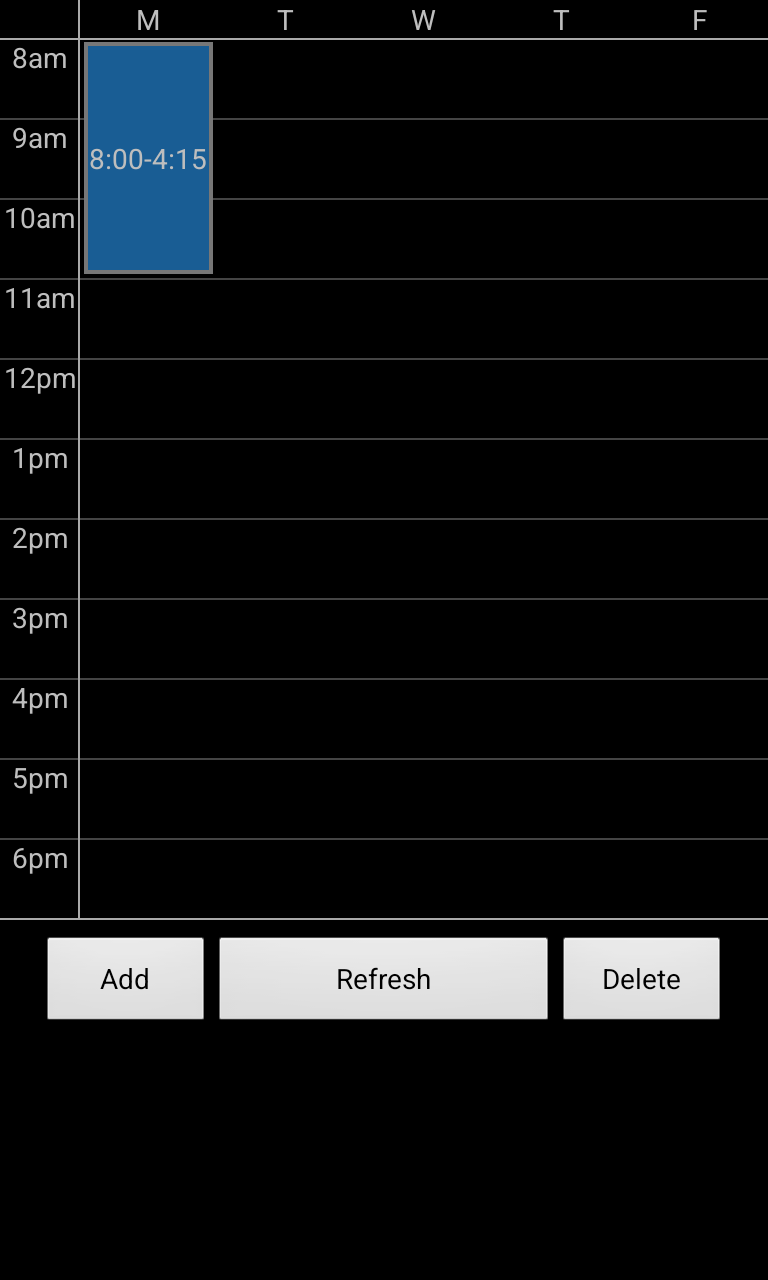
Repository: appsfactory/OfficeHours
Layout: OfficeHoursClient/res/layout/activity_schedule_view.xml
These files come from the project's save history. The layout is drawn as it stood at one moment and after the next save; the edit follows.
It is drawn on a 768 x 1280 px phone screen (xhdpi) without system bars, with theme AppTheme; the app's code is not run.

Above is the layout before, as saved 2012-09-27 18:04:59.

### OfficeHoursClient/res/layout/activity_schedule_view.xml
<?xml version="1.0" encoding="utf-8"?>
<LinearLayout xmlns:android="http://schemas.android.com/apk/res/android"
    android:layout_width="fill_parent"
    android:layout_height="wrap_content"
    android:orientation="vertical" >


    <RelativeLayout
        android:id="@+id/relativeLayout1"
        android:layout_width="match_parent"
        android:layout_height="wrap_content" >

        <TextView android:background="#aaa" android:layout_width = "1dp" android:layout_height="wrap_content" android:layout_marginTop="0dp" android:layout_marginLeft="39dp" android:text=" "/>

		<!-- HEADERS -->
        <LinearLayout
            android:id="@+id/linearLayout1"
            android:layout_width="wrap_content"
            android:layout_height="wrap_content"
            android:layout_alignParentLeft="true"
            android:layout_alignParentRight="true"
            android:layout_alignParentTop="true" >

            <TextView
                android:id="@+id/mon_header"
                android:layout_width="0dp"
                android:layout_height="wrap_content"
                android:layout_marginLeft="40dp"
                android:layout_weight="2"
                android:gravity="center"
                android:text="M" />

            <TextView
                android:id="@+id/tue_header"
                android:layout_width="0dp"
                android:layout_height="wrap_content"
                android:layout_weight="2"
                android:gravity="center"
                android:text="T" />

            <TextView
                android:id="@+id/wed_header"
                android:layout_width="0dp"
                android:layout_height="wrap_content"
                android:layout_weight="2"
                android:gravity="center"
                android:text="W" />

            <TextView
                android:id="@+id/thu_header"
                android:layout_width="0dp"
                android:layout_height="wrap_content"
                android:layout_weight="2"
                android:gravity="center"
                android:text="T" />

            <TextView
                android:id="@+id/fri_header"
                android:layout_width="0dp"
                android:layout_height="wrap_content"
                android:layout_weight="2"
                android:gravity="center"
                android:text="F" />
        </LinearLayout>
    </RelativeLayout>

    <ScrollView
        android:id="@+id/scrollView1"
        android:layout_width="match_parent"
        android:layout_height="wrap_content"
        android:padding="0dp"
        android:scrollbars="none" >"

		<!--  GRID/BORDERS -->
        <RelativeLayout
            android:id="@+id/relativeLayout242"
            android:layout_width="match_parent"
            android:layout_height="wrap_content"
            android:padding="0dp" >



            <View android:background="#aaa" android:layout_width = "fill_parent" android:layout_height="1dp" android:layout_marginTop="0dp" />
            <View android:background="#444" android:layout_width = "fill_parent" android:layout_height="1dp" android:layout_marginTop="40dp"/>
            <View android:background="#444" android:layout_width = "fill_parent" android:layout_height="1dp" android:layout_marginTop="80dp"/>
            <View android:background="#444" android:layout_width = "fill_parent" android:layout_height="1dp" android:layout_marginTop="120dp"/>
            <View android:background="#444" android:layout_width = "fill_parent" android:layout_height="1dp" android:layout_marginTop="160dp"/>
            <View android:background="#444" android:layout_width = "fill_parent" android:layout_height="1dp" android:layout_marginTop="200dp"/>
            <View android:background="#444" android:layout_width = "fill_parent" android:layout_height="1dp" android:layout_marginTop="240dp"/>
            <View android:background="#444" android:layout_width = "fill_parent" android:layout_height="1dp" android:layout_marginTop="280dp"/>
            <View android:background="#444" android:layout_width = "fill_parent" android:layout_height="1dp" android:layout_marginTop="320dp"/>
            <View android:background="#444" android:layout_width = "fill_parent" android:layout_height="1dp" android:layout_marginTop="360dp"/>
            <View android:background="#444" android:layout_width = "fill_parent" android:layout_height="1dp" android:layout_marginTop="400dp"/>
            <View android:background="#aaa" android:layout_width = "fill_parent" android:layout_height="1dp" android:layout_marginTop="440dp"/>
            <View android:background="#aaa" android:layout_width = "1dp" android:layout_height="441dp" android:layout_marginTop="0dp" android:layout_marginLeft="39dp"/>

<!--
            <View android:background="#777" android:layout_width = "fill_parent" android:layout_height="1dp" android:layout_marginTop="20dp"/>
            <View android:background="#777" android:layout_width = "fill_parent" android:layout_height="1dp" android:layout_marginTop="60dp"/>
            <View android:background="#777" android:layout_width = "fill_parent" android:layout_height="1dp" android:layout_marginTop="100dp"/>
            <View android:background="#777" android:layout_width = "fill_parent" android:layout_height="1dp" android:layout_marginTop="140dp"/>
            <View android:background="#777" android:layout_width = "fill_parent" android:layout_height="1dp" android:layout_marginTop="180dp"/>
            <View android:background="#777" android:layout_width = "fill_parent" android:layout_height="1dp" android:layout_marginTop="220dp"/>
            <View android:background="#777" android:layout_width = "fill_parent" android:layout_height="1dp" android:layout_marginTop="260dp"/>
            <View android:background="#777" android:layout_width = "fill_parent" android:layout_height="1dp" android:layout_marginTop="300dp"/>
            <View android:background="#777" android:layout_width = "fill_parent" android:layout_height="1dp" android:layout_marginTop="340dp"/>
            <View android:background="#777" android:layout_width = "fill_parent" android:layout_height="1dp" android:layout_marginTop="380dp"/>
            <View android:background="#777" android:layout_width = "fill_parent" android:layout_height="1dp" android:layout_marginTop="420dp"/> -->


            <LinearLayout
                android:id="@+id/linearLayout2"
                android:layout_width="match_parent"
                android:layout_height="wrap_content"
                android:padding="0dp" >

                <!-- SIDEBAR -->

                <RelativeLayout
                    android:id="@+id/sidebar"
                    android:layout_width="37dp"
                    android:layout_height="wrap_content"
                    android:layout_marginLeft="1.5dp"
                    android:layout_marginRight="1.5dp"
                    android:padding="0dp" >

                    <TextView
                        android:id="@+id/textView10"
                        android:layout_width="match_parent"
                        android:layout_height="wrap_content"
                        android:layout_marginTop="0dp"
                        android:gravity="center"
                        android:text="8am" />

                    <TextView
                        android:id="@+id/textView10"
                        android:layout_width="match_parent"
                        android:layout_height="wrap_content"
                        android:layout_marginTop="40dp"
                        android:gravity="center"
                        android:text="9am" />

                    <TextView
                        android:id="@+id/textView10"
                        android:layout_width="match_parent"
                        android:layout_height="wrap_content"
                        android:layout_marginTop="80dp"
                        android:gravity="center"
                        android:text="10am" />

                    <TextView
                        android:id="@+id/textView10"
                        android:layout_width="match_parent"
                        android:layout_height="wrap_content"
                        android:layout_marginTop="120dp"
                        android:gravity="center"
                        android:text="11am" />

                    <TextView
                        android:id="@+id/textView10"
                        android:layout_width="match_parent"
                        android:layout_height="wrap_content"
                        android:layout_marginTop="160dp"
                        android:gravity="center"
                        android:text="12pm" />

                    <TextView
                        android:id="@+id/textView10"
                        android:layout_width="match_parent"
                        android:layout_height="wrap_content"
                        android:layout_marginTop="200dp"
                        android:gravity="center"
                        android:text="1pm" />

                    <TextView
                        android:id="@+id/textView10"
                        android:layout_width="match_parent"
                        android:layout_height="wrap_content"
                        android:layout_marginTop="240dp"
                        android:gravity="center"
                        android:text="2pm" />

                    <TextView
                        android:id="@+id/textView10"
                        android:layout_width="match_parent"
                        android:layout_height="wrap_content"
                        android:layout_marginTop="280dp"
                        android:gravity="center"
                        android:text="3pm" />

                    <TextView
                        android:id="@+id/textView10"
                        android:layout_width="match_parent"
                        android:layout_height="wrap_content"
                        android:layout_marginTop="320dp"
                        android:gravity="center"
                        android:text="4pm" />

                    <TextView
                        android:id="@+id/textView10"
                        android:layout_width="match_parent"
                        android:layout_height="wrap_content"
                        android:layout_marginTop="360dp"
                        android:gravity="center"
                        android:text="5pm" />

                    <TextView
                        android:id="@+id/textView10"
                        android:layout_width="match_parent"
                        android:layout_height="wrap_content"
                        android:layout_marginTop="400dp"
                        android:gravity="center"
                        android:text="6pm" />
                </RelativeLayout>

                <RelativeLayout
                    android:id="@+id/relativeLayout3"
                    android:layout_width="0dp"
                    android:layout_height="match_parent"
                    android:layout_weight="14"
                    android:padding="0dp" >

                    <LinearLayout
                        android:id="@+id/linearLayout3"
                        android:layout_width="match_parent"
                        android:layout_height="wrap_content"
                        android:layout_alignParentLeft="true"
                        android:layout_alignParentRight="true"
                        android:layout_alignParentTop="true"
                        android:padding="0dp" >


                        <!-- COLUMNS -->
                        <RelativeLayout
                            android:id="@+id/moncolumn"
                            android:layout_width="0dp"
                            android:layout_height="match_parent"
                            android:layout_weight="1" >

							<View android:background="#777" android:layout_width = "fill_parent" android:layout_height="116dp" android:layout_margin="2dp" />

							<TextView
							    android:layout_width="fill_parent"
							    android:layout_height="112dp"
							    android:layout_margin="4dp"
							    android:background="#195D94"
							    android:gravity="center"
							    android:text='8:00-4:15' />

							<!-- <TextView
        android:id="@+id/login_subtitle"
        android:layout_width="wrap_content"
        android:layout_height="wrap_content"
        android:layout_below="@+id/login_title"
        android:layout_centerHorizontal="true"
        android:text="@string/login_subtitle"
        android:textAppearance="?android:attr/textAppearanceLarge" /> -->

                        </RelativeLayout>

                        <RelativeLayout
                            android:id="@+id/tuecolumn"
                            android:layout_width="0dp"
                            android:layout_height="match_parent"
                            android:layout_weight="1" >

                        </RelativeLayout>

                        <RelativeLayout
                            android:id="@+id/wedcolumn"
                            android:layout_width="0dp"
                            android:layout_height="match_parent"
                            android:layout_weight="1" >

                        </RelativeLayout>

                        <RelativeLayout
                            android:id="@+id/thucolumn"
                            android:layout_width="0dp"
                            android:layout_height="match_parent"
                            android:layout_weight="1" >

                        </RelativeLayout>

                        <RelativeLayout
                            android:id="@+id/fricolumn"
                            android:layout_width="0dp"
                            android:layout_height="match_parent"
                            android:layout_weight="1" >

                            <Button
                                android:id="@+id/button1"
                                android:layout_width="fill_parent"
                                android:layout_height="180dp"
                                android:layout_marginTop="480dp"
                                android:text="Some Event" />

                        </RelativeLayout>

                    </LinearLayout>
                </RelativeLayout>
            </LinearLayout>
        </RelativeLayout>
    </ScrollView>

    <LinearLayout
        android:id="@+id/footer"
        android:layout_width="match_parent"
        android:layout_height="wrap_content"
        android:padding="0dp"
        android:layout_marginTop="7.5dp"
        android:layout_marginLeft="20dp"
        android:layout_marginRight="20dp" >

        <Button
            android:id="@+id/addbutton"
            android:layout_width="0dp"
            android:layout_height="fill_parent"
            android:layout_weight="1"
            android:text="Add" />
        <Button
            android:id="@+id/addbutton"
            android:layout_width="0dp"
            android:layout_height="fill_parent"
            android:layout_weight="2"
            android:text="Refresh" />
        <Button
            android:id="@+id/addbutton"
            android:layout_width="0dp"
            android:layout_height="fill_parent"
            android:layout_weight="1"
            android:text="Delete" />

    </LinearLayout>

</LinearLayout>

### OfficeHoursClient/res/values/styles.xml
<resources>

    <style name="AppTheme" parent="android:Theme.Black.NoTitleBar" />

</resources>

### OfficeHoursClient/res/values/strings.xml
<resources>

    <string name="app_name">Office Hours @ the Hub</string>
    <string name="hello_world">Hello world!</string>
    <string name="menu_settings">Settings</string>
    <string name="title_activity_sign__in">Sign_In</string>
    <string name="schedule_button">My Schedule</string>
    <string name="title_activity_log__in">Log_In</string>
    <string name="login_title">OFFICE HOURS</string>
    <string name="login_subtitle"> \@ the hub</string>
    <string name="login_footer">By the Apps Factory Wizards</string>
    <string name="title_activity_sign_in_checker">SignInChecker</string>
    <string name="title_activity_schedule_view">ScheduleView</string>

</resources>

After the next save:
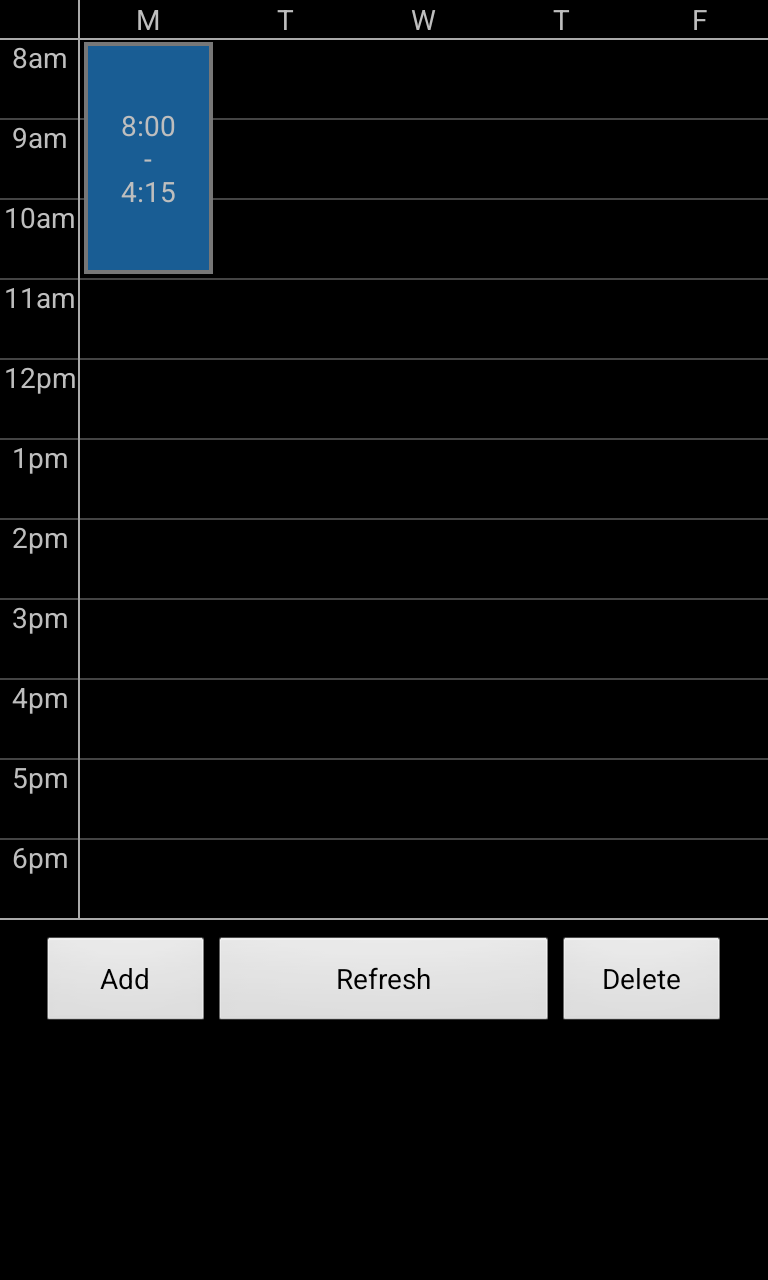
Saved 54 s later.
--- a/OfficeHoursClient/res/layout/activity_schedule_view.xml
+++ b/OfficeHoursClient/res/layout/activity_schedule_view.xml
@@ -245,7 +245,7 @@
 							    android:layout_margin="4dp"
 							    android:background="#195D94"
 							    android:gravity="center"
-							    android:text='8:00-4:15' />
+							    android:text='8:00&#10;-&#10;4:15' />
 
 							<!-- <TextView
         android:id="@+id/login_subtitle"
